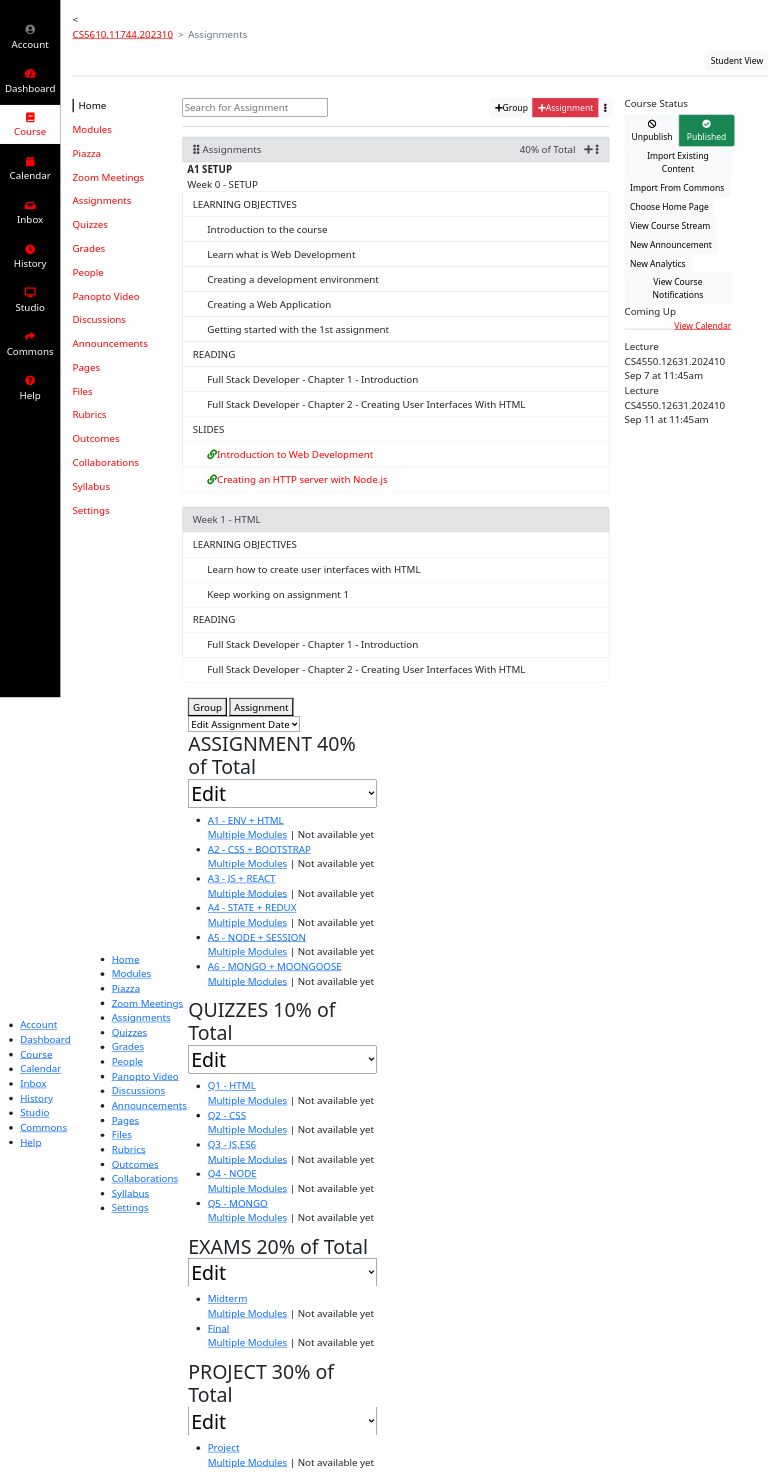
Repository: yuqiant/kanbas-react-web-app
Page: public/kanbas/assignment/index.html
The author's editor kept a copy of each file at every save. The page is drawn from the files as they stood at one save, then again after the next save.
The browser window is 1280 px wide. The pictures show the whole page, at 61% of full size.

Above is the page before, as saved 2023-10-04 23:40:54.

After the next save:
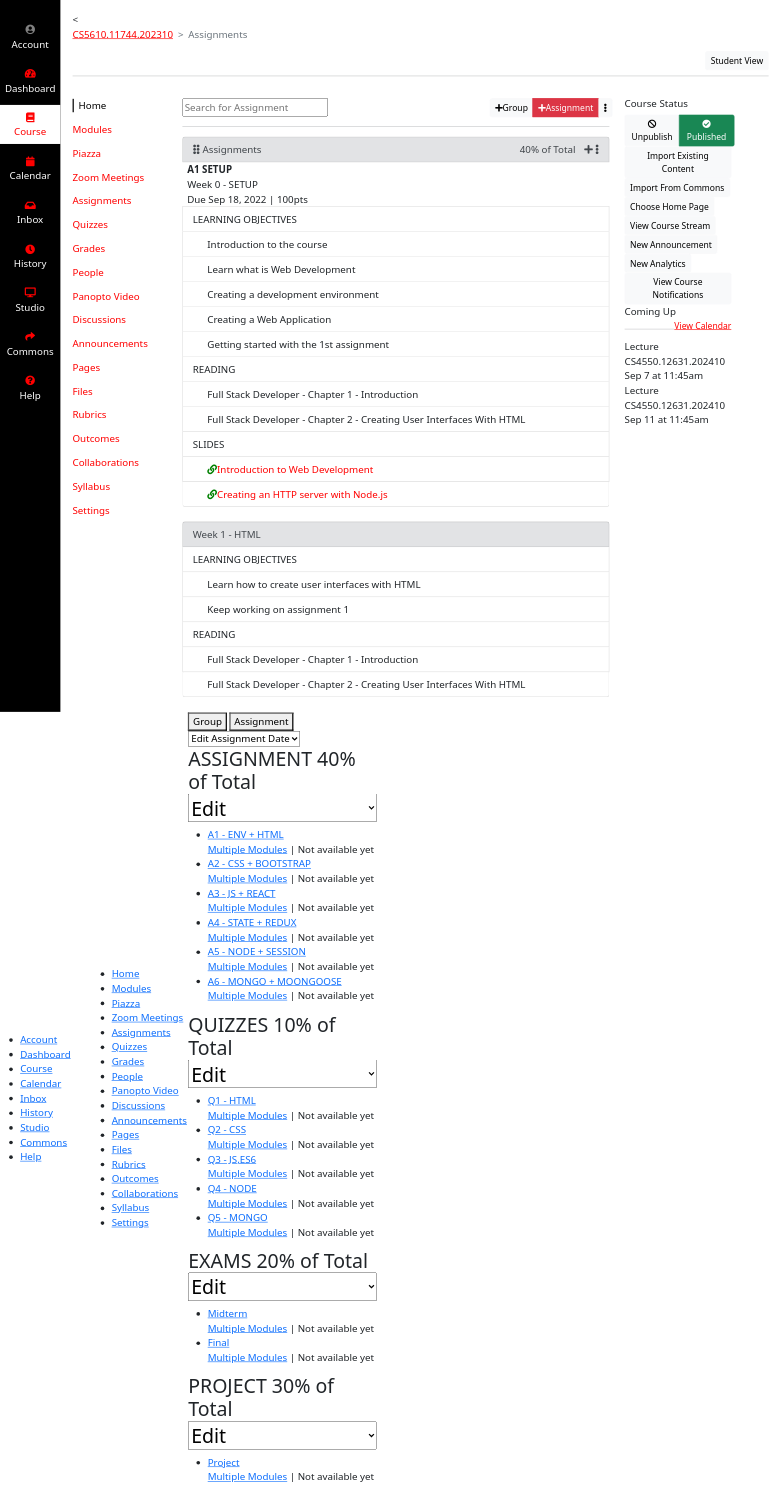
Saved 30 s later.
--- a/public/kanbas/assignment/index.html
+++ b/public/kanbas/assignment/index.html
@@ -111,7 +111,8 @@
 
                         <div class="ms-2 me-auto">
                             <div class="fw-bold">A1 SETUP</div>
-                            Week 0 - SETUP
+                            Week 0 - SETUP<br />
+                            Due Sep 18, 2022 | 100pts
                         </div>
 
 
